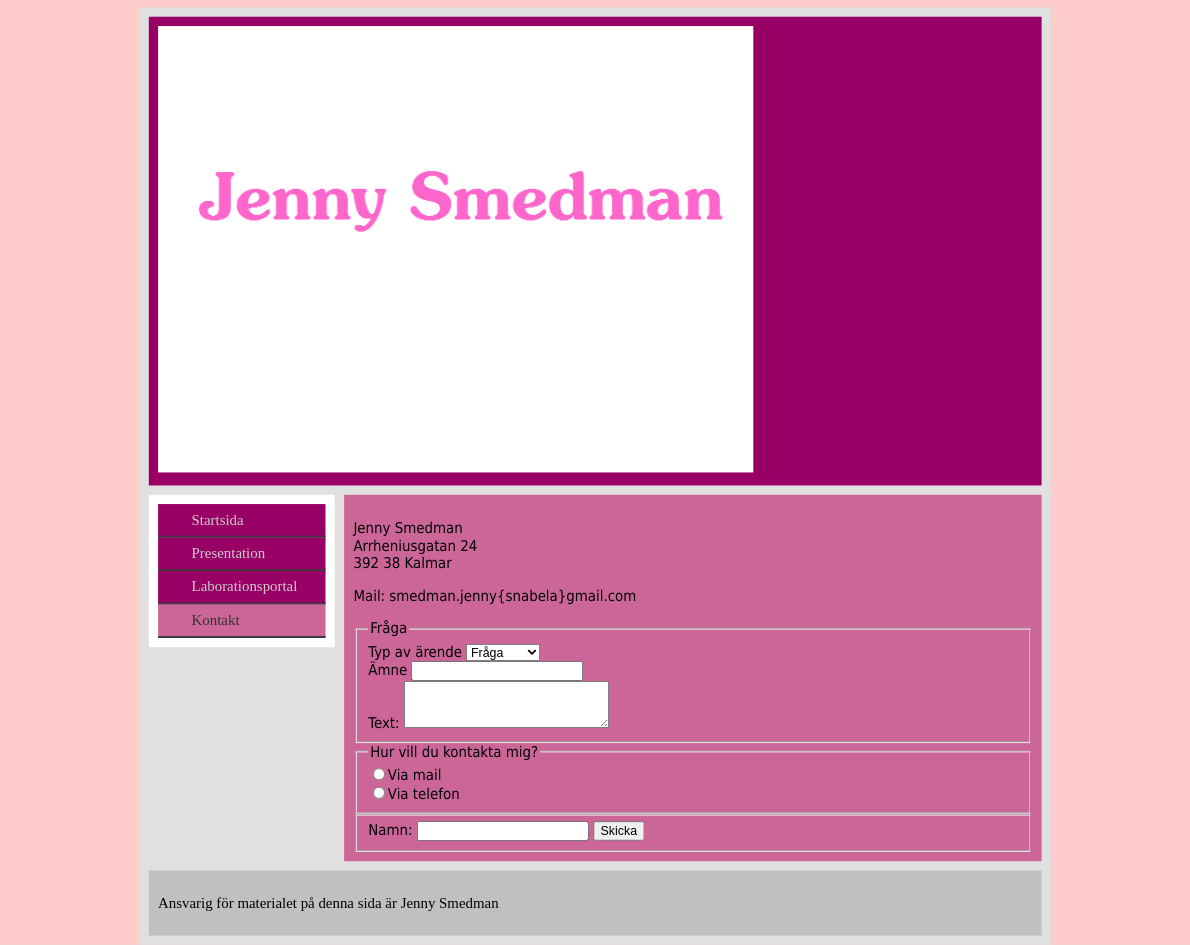
Repository: js223mx/1ik415-js223mx-laborationer
Page: pages/kontakt.html
The author's editor kept a record of every edit. The page is drawn from the files as they stood at one moment, then again after the next edit.
The browser window is 1280 px wide. The pictures show the whole page, at 93% of full size.

Above is the page before.

After the next edit:
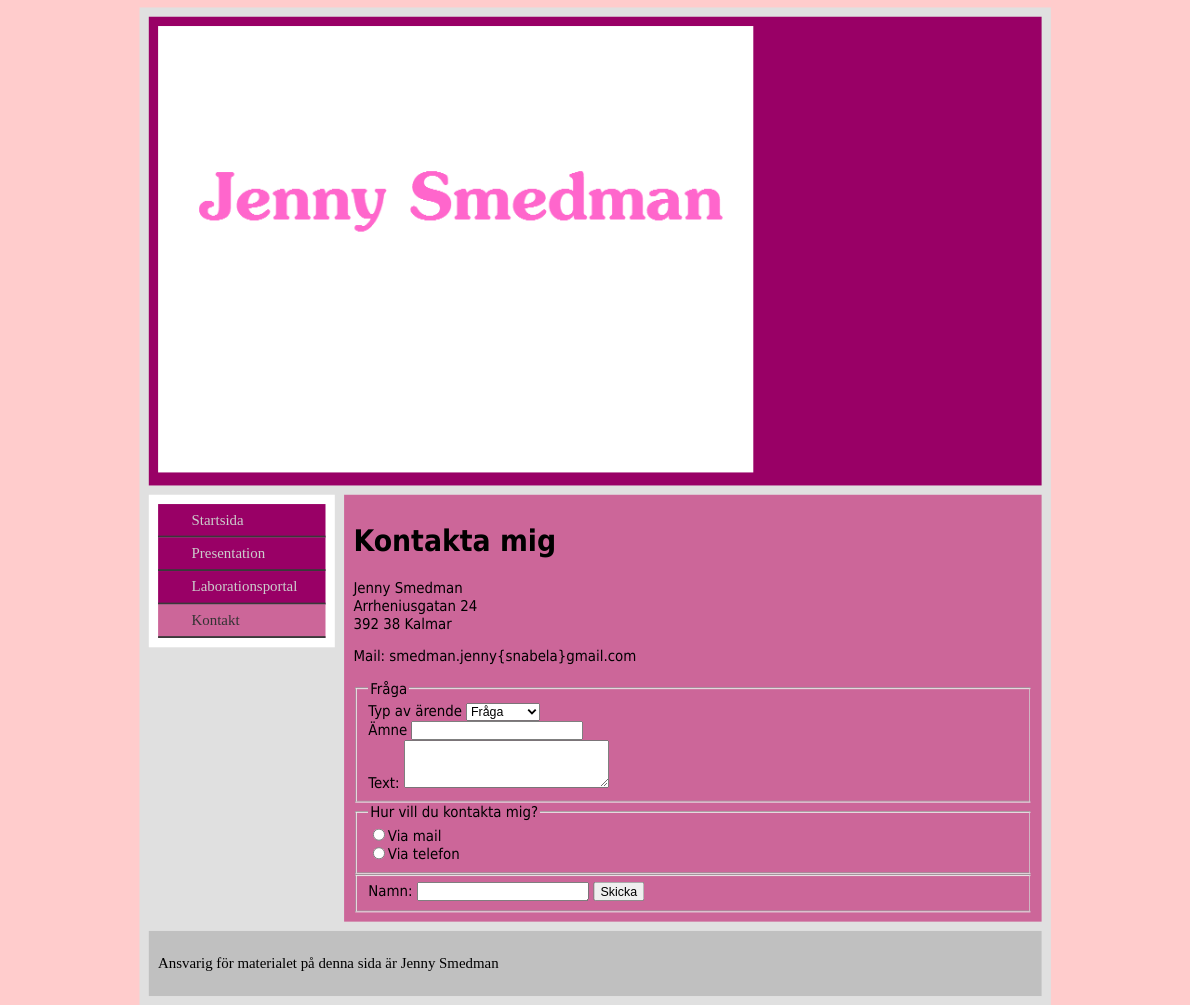
The edit:
--- a/pages/kontakt.html
+++ b/pages/kontakt.html
@@ -27,6 +27,7 @@
             </div>
 
              <div id="content">
+             <h1>Kontakta mig</h1>
                 <p>Jenny Smedman<br>
                     Arrheniusgatan 24<br>
                     392 38 Kalmar
